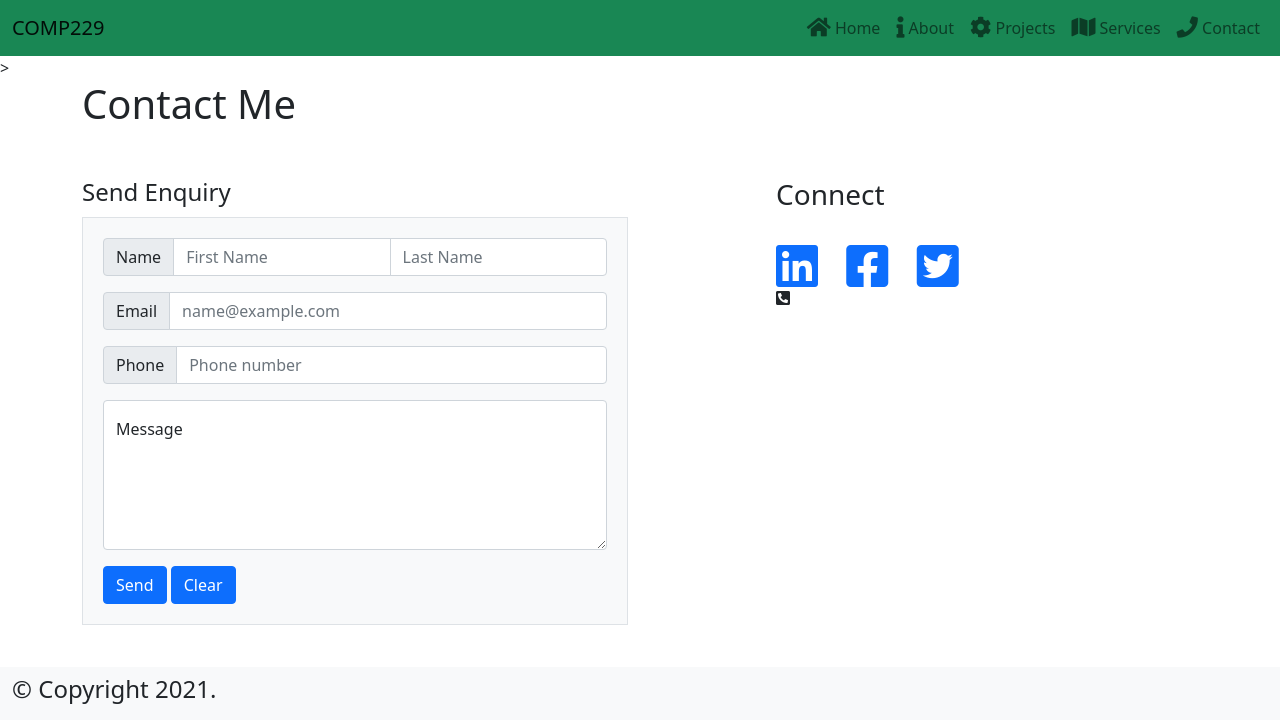
Repository: Mostafa-Asaad/Portfolio
Page: http://localhost/contact
These files come from the project's save history. The page is drawn as it stood at one moment and after the next save; the edit follows.
The browser window is 1280 px wide. The pictures show the whole page.
The page is served by the project's Node server (index.js). Other server files are loaded and not shown.

Above is the page before, as saved 2021-06-04 16:19:19.

### Server/Views/index.ejs
<!DOCTYPE html>
<html lang="en">
<head>
  <meta charset="UTF-8">
  <meta http-equiv="X-UA-Compatible" content="IE=edge">
  <meta name="viewport" content="width=device-width, initial-scale=1.0">
  <title><%= title %></title>
  <!-- CSS Section -->
  <link rel="stylesheet" href="/bootstrap/dist/css/bootstrap.min.css">
  <link rel="stylesheet" href="/@fortawesome/fontawesome-free/css/all.min.css">
  <link rel="stylesheet" href="/Content/app.css">
</head>
<body>
  <!-- Navigation Section -->
 <header>
  <%- include('./components/header.ejs') %>
 </header>

  <!--Main Content-->>
  <main>
    <%- include('./content/' + page + '.ejs') %>
  </main>

  <!-- Bottom Nav -->
  <footer>
    <%- include('./components/footer.ejs') %>
  </footer>

  <!-- JavaScript Section -->
  <script src="/jquery/dist/jquery.min.js"></script>
  <script src="/bootstrap/dist/js/bootstrap.min.js"></script>
  <script src="/Scripts/app.js"></script>
</body>
</html>

### Server/Views/components/header.ejs
<nav class="navbar navbar-expand-lg navbar-light bg-success">
    <div class="container-fluid">
      <a class="navbar-brand" href="#">COMP229</a>
      <button class="navbar-toggler" type="button" data-bs-toggle="collapse" data-bs-target="#navbarSupportedContent" aria-controls="navbarSupportedContent" aria-expanded="false" aria-label="Toggle navigation">
        <span class="navbar-toggler-icon"></span>
      </button>
      <div class="collapse navbar-collapse" id="navbarSupportedContent">
        <ul class="navbar-nav ms-auto mb-2 mb-lg-0">
          <li class="nav-item">
            <a class="nav-link" href="/home"><i class="fas fa-home fa-lg"></i> Home</a>
          </li>
          <li class="nav-item">
            <a class="nav-link" href="/about"><i class="fas fa-info fa-lg"></i> About</a>
          </li>
          <li class="nav-item">
            <a class="nav-link" href="/projects"><i class="fas fa-cog fa-lg"></i> Projects</a>
          </li>
          <li class="nav-item">
            <a class="nav-link" href="/services"><i class="fas fa-map fa-lg"></i> Services</a>
          </li>
          <li class="nav-item">
            <a class="nav-link" href="/contact"><i class="fas fa-phone fa-lg"></i> Contact</a>
          </li>
        </ul>
      </div>
    </div>
  </nav>

### Server/Views/content/contact.ejs

<!-- Page Title -->
<div class="container" style= "margin-bottom:50px;" >
  <h1>Contact Me</h1>
</div>

<!-- Message form -->

<div class="container">
  <div class="row align-items-start">
    <div class="col-6">
      <div style= "margin-bottom:10px;">
       <h4>Send Enquiry</h4>
      </div>
      <div class="col border border-bottom rounded-lg bg-light">
       <div style= "margin:20px;">
    <!-- First and last name -->
          <div class="input-group mb-3"  >
            <span class="input-group-text">Name</span>
            <input type="text" placeholder="First Name" aria-label="First name" class="form-control">
            <input type="text" placeholder="Last Name" aria-label="Last name" class="form-control">
          </div>
    <!-- email Form -->
          <div class="input-group flex-nowrap mb-3">
            <span class="input-group-text" id="addon-wrapping">Email</span>
            <input type="text" class="form-control" placeholder="name@example.com" aria-label="email address" aria-describedby="addon-wrapping">
           </div>
    <!-- Phone number -->
          <div class="input-group mb-3">
            <span class="input-group-text" id="inputGroup-sizing-default">Phone</span>
            <input type="text" placeholder="Phone number" class="form-control" aria-label="Sizing example input" aria-describedby="inputGroup-sizing-default">
          </div>
    <!-- Comments -->
          <div class="form-floating mb-3">
            <textarea class="form-control" placeholder="Leave a comment here" id="floatingTextarea2" style="height: 150px"></textarea>
            <label for="floatingTextarea2">Message</label>
          </div>
    <!-- Click Buttons -->
          <input class="btn btn-primary" type="submit" value="Send" >
          <input class="btn btn-primary" type="submit" value="Clear" >
        </div>
      </div>
    </div>
  <!-- Connect Buttons -->
    <div class="col">
      <div class="container-fluid ">
        <div style= "margin-left:100px;">
          <div style= "margin-bottom:30px;">
            <h3>Connect</h3>
          </div>
          <div class="row align-items-start">
            <div class="col-2 margin-bottom:30px">
              <a class="link" href="https://www.linkedin.com/in/mostafa-asaad/"><i class="fab fa-linkedin fa-3x"></i></a>
            </div>
            <div class="col-2">
              <a class="link" href="https://www.facebook.com/"><i class="fab fa-facebook-square fa-3x"></i></a>
            </div>
            <div class="col-2">
              <a class="link" href="https://twitter.com/Moe_Asd"><i class="fab fa-twitter-square fa-3x"></i></a>
            </div>
            <i class="fas fa-phone-square-alt"></i>
          </div>

        </div>
      </div>
    </div>
  </div>
 </div>

### Server/Views/components/footer.ejs
<nav class="navbar fixed-bottom navbar-light bg-light">
    <div class="container-fluid">
      <h4>&copy; Copyright 2021.</h4>
    </div>
  </nav>

### index.js
#!/usr/bin/env node
"use strict";
var __importDefault = (this && this.__importDefault) || function (mod) {
    return (mod && mod.__esModule) ? mod : { "default": mod };
};
Object.defineProperty(exports, "__esModule", { value: true });
const app_1 = __importDefault(require("./Server/Config/app"));
const debug_1 = __importDefault(require("debug"));
debug_1.default('week-4d:server');
const http_1 = __importDefault(require("http"));
let port = normalizePort(process.env.PORT || '3000');
app_1.default.set('port', port);
let server = http_1.default.createServer(app_1.default);
server.listen(port);
server.on('error', onError);
server.on('listening', onListening);
function normalizePort(val) {
    let port = parseInt(val, 10);
    if (isNaN(port)) {
        return val;
    }
    if (port >= 0) {
        return port;
    }
    return false;
}
function onError(error) {
    if (error.syscall !== 'listen') {
        throw error;
    }
    var bind = typeof port === 'string'
        ? 'Pipe ' + port
        : 'Port ' + port;
    switch (error.code) {
        case 'EACCES':
            console.error(bind + ' requires elevated privileges');
            process.exit(1);
            break;
        case 'EADDRINUSE':
            console.error(bind + ' is already in use');
            process.exit(1);
            break;
        default:
            throw error;
    }
}
function onListening() {
    let addr = server.address();
    let bind = typeof addr === 'string'
        ? 'pipe ' + addr
        : 'port ' + addr.port;
    debug_1.default('Listening on ' + bind);
}
//# sourceMappingURL=index.js.map

### Server/Routes/index.js
"use strict";
var __importDefault = (this && this.__importDefault) || function (mod) {
    return (mod && mod.__esModule) ? mod : { "default": mod };
};
Object.defineProperty(exports, "__esModule", { value: true });
const express_1 = __importDefault(require("express"));
const router = express_1.default.Router();
exports.default = router;
router.get('/', function (req, res, next) {
    res.render('index', { title: 'Home', page: 'home' });
});
router.get('/home', function (req, res, next) {
    res.render('index', { title: 'Home', page: 'home' });
});
router.get('/about', function (req, res, next) {
    res.render('index', { title: 'About Us', page: 'about' });
});
router.get('/projects', function (req, res, next) {
    res.render('index', { title: 'Our Projects', page: 'projects' });
});
router.get('/services', function (req, res, next) {
    res.render('index', { title: 'Our Services', page: 'services' });
});
router.get('/contact', function (req, res, next) {
    res.render('index', { title: 'Contact Us', page: 'contact' });
});
//# sourceMappingURL=index.js.map

### Client/Content/app.css
/* your custom css goes here */

### Client/Scripts/app.js
"use strict";
(function () {
    function Start() {
        console.log("App Started");
    }
    window.addEventListener("load", Start);
})();
//# sourceMappingURL=app.js.map

After the next save:
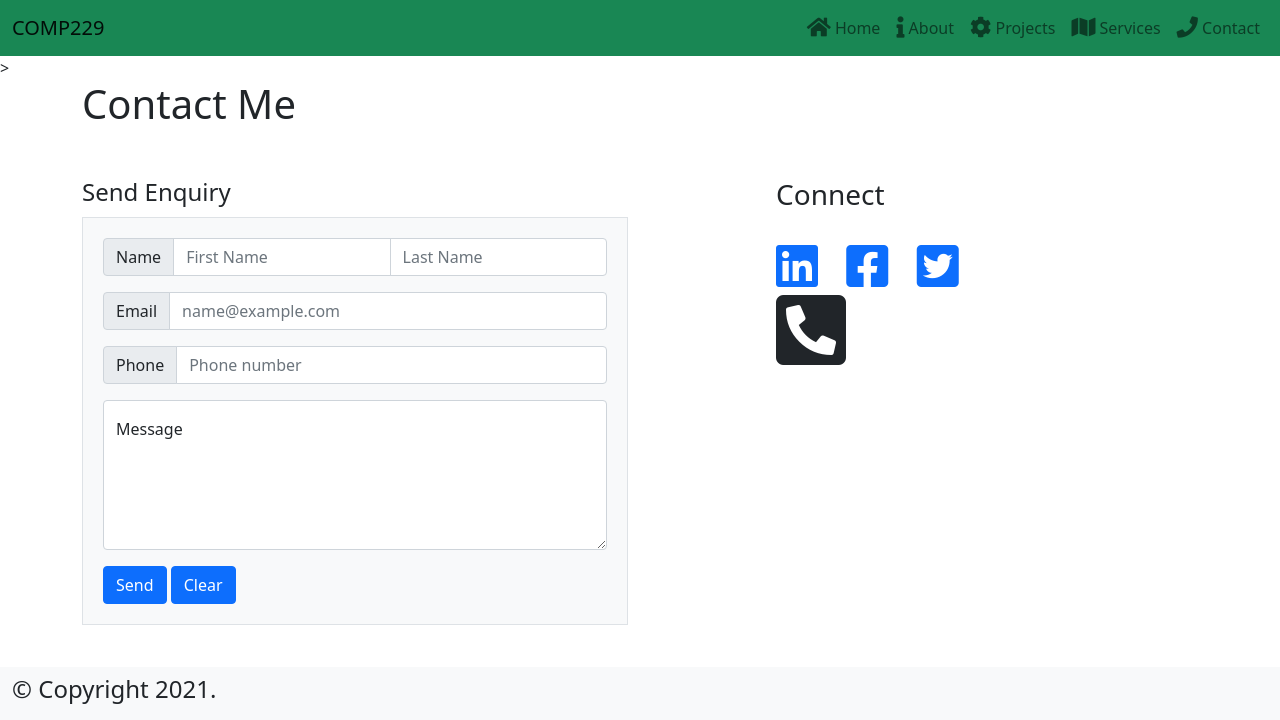
Saved 47 s later.
--- a/Server/Views/content/contact.ejs
+++ b/Server/Views/content/contact.ejs
@@ -48,7 +48,7 @@
           <div style= "margin-bottom:30px;">
             <h3>Connect</h3>
           </div>
-          <div class="row align-items-start">
+          <div class="row align-items-start" style= "margin-bottom:20px;">
             <div class="col-2 margin-bottom:30px">
               <a class="link" href="https://www.linkedin.com/in/mostafa-asaad/"><i class="fab fa-linkedin fa-3x"></i></a>
             </div>
@@ -58,7 +58,7 @@
             <div class="col-2">
               <a class="link" href="https://twitter.com/Moe_Asd"><i class="fab fa-twitter-square fa-3x"></i></a>
             </div>
-            <i class="fas fa-phone-square-alt"></i>
+            <i class="fas fa-phone-square-alt fa-5x"></i>
           </div>
 
         </div>
